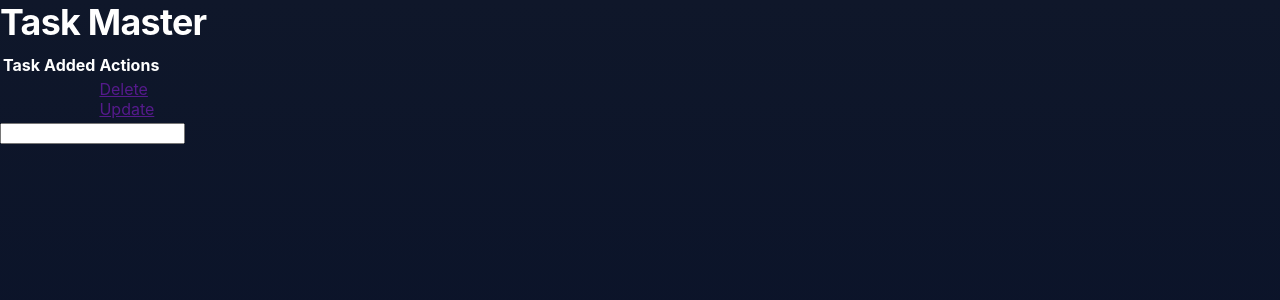
Repository: k10sj02/task-master-flex
Page: http://localhost/
An editor plug-in stored every save of this project. The page is shown before and after the next save, followed by the edit.
The browser window is 1280 px wide. The pictures show the whole page.
The page is served by the project's application, run on Flask 3 (app.py).

Above is the page before, as saved 2025-11-13 22:03:46.

### templates/index.html
{% extends 'base.html' %}

{% block head %}
  <title>Hello from Child Template</title>
{% endblock %}

{% block content %}

<div class="content">
  <h1>Task Master</h1>

  <table>
    <tr>
      <th>Task</th>
      <th>Added</th>
      <th>Actions</th>
    </tr>
    <tr>
      <td></td>
      <td></td>
      <td>
        <a href="">Delete</a>
        <br>
        <a href="">Update</a>
      </td>
    </tr>

  </table>

  <form action="/" method="POST">
    <input type="text" name="content" id="content"

  </form>


</div>
{% endblock %}

### templates/base.html
<!doctype html>
<html lang="en">
<head>
  <meta charset="utf-8">
  <meta name="viewport" content="width=device-width, initial-scale=1">
  {% block head %}{% endblock %}
  <link rel="stylesheet" href="{{ url_for('static', filename='css/main.css') }}">
</head>


  <style>
    :root{
      --bg: #0f172a;
      --card: #0b1220;
      --accent: #60a5fa;
      --muted: #94a3b8;
      --white: #ffffff;
      font-family: Inter, system-ui, -apple-system, "Segoe UI", Roboto, "Helvetica Neue", Arial;
    }

    html,body{
      height:100%;
      margin:0;
      background: linear-gradient(180deg, var(--bg) 0%, #071029 100%);
      color:var(--white);
      -webkit-font-smoothing:antialiased;
      -moz-osx-font-smoothing:grayscale;
    }

    .wrap{
      min-height:100%;
      display:flex;
      align-items:center;
      justify-content:center;
      padding:2rem;
      box-sizing:border-box;
    }

    .card{
      background: linear-gradient(180deg, rgba(255,255,255,0.03), rgba(255,255,255,0.02));
      border:1px solid rgba(255,255,255,0.04);
      padding:2.25rem 3rem;
      border-radius:12px;
      box-shadow: 0 8px 30px rgba(2,6,23,0.6);
      text-align:center;
      max-width:720px;
      width:100%;
    }

    h1{
      margin:0 0 0.5rem 0;
      font-size:clamp(1.5rem, 2.8vw, 2.25rem);
      letter-spacing:-0.02em;
    }

    p.lead{
      margin:0;
      color:var(--muted);
      font-size:1rem;
    }

    .badge{
      display:inline-block;
      margin-bottom:1rem;
      background:rgba(96,165,250,0.12);
      color:var(--accent);
      border-radius:999px;
      padding:0.25rem 0.6rem;
      font-weight:600;
      font-size:0.85rem;
    }

    @media (max-width:420px){
      .card{padding:1.25rem}
    }
  </style>
</head>
<body>

  {% block content %}
  <!-- default content (child templates will override this) -->
  <main class="wrap">
    <section class="card">
      <div class="badge">Boilerplate</div>
      <h1>Hello World 2</h1>
      <p class="lead">
        This is a minimal HTML + CSS starter. Replace this text with your app content.
      </p>
    </section>
  </main>
  {% endblock %}

</body>
</html>

### app.py
from flask import Flask, render_template
from flask_sqlalchemy import SQLAlchemy
from datetime import datetime

app = Flask(__name__)
app.config['SQLALCHEMY_DATABASE_URI'] = 'sqlite:///test.db'
db = SQLAlchemy(app)

class Todo(db.Model):
  id = db.Column(db.Integer, primary_key=True)
  content = db.Column(db.String(200), nullable=False)
  completed = db.Column(db.Integer, default=0)
  date_created = db.Column(db.DateTime, default=datetime.utcnow)

  def __repr__(self):
    return '<Task %r>' % self.id

@app.route('/', methods=['POST', 'GET'])
def index():
  return render_template('index.html')

if __name__ == "__main__":
  app.run(debug=True)

### static/main.css
/* Root variables for colors and fonts */
:root {
  --bg: #0f172a;         /* dark navy background */
  --card: #0b1220;       /* card background */
  --accent: #60a5fa;     /* soft blue accent */
  --muted: #94a3b8;      /* muted text */
  --white: #ffffff;       /* primary text color */
  --font-family: Inter, system-ui, -apple-system, "Segoe UI", Roboto, "Helvetica Neue", Arial;
}

/* Global reset and base styles */
html, body {
  height: 100%;
  margin: 0;
  padding: 0;
  font-family: var(--font-family);
  background: linear-gradient(180deg, var(--bg) 0%, #071029 100%);
  color: var(--white);
  -webkit-font-smoothing: antialiased;
  -moz-osx-font-smoothing: grayscale;
}

/* Wrapper to center content */
.wrap {
  min-height: 100%;
  display: flex;
  align-items: center;
  justify-content: center;
  padding: 2rem;
  box-sizing: border-box;
}

/* Card component */
.card {
  background: linear-gradient(180deg, rgba(255,255,255,0.03), rgba(255,255,255,0.02));
  border: 1px solid rgba(255,255,255,0.04);
  padding: 2rem 3rem;
  border-radius: 12px;
  box-shadow: 0 8px 30px rgba(2,6,23,0.6);
  text-align: center;
  max-width: 720px;
  width: 100%;
}

/* Headings */
h1 {
  margin: 0 0 0.5rem 0;
  font-size: clamp(1.5rem, 2.8vw, 2.25rem);
  letter-spacing: -0.02em;
}

/* Paragraphs with muted text */
p.lead {
  margin: 0;
  color: var(--muted);
  font-size: 1rem;
}

/* Badge component */
.badge {
  display: inline-block;
  margin-bottom: 1rem;
  background: rgba(96,165,250,0.12);
  color: var(--accent);
  border-radius: 999px;
  padding: 0.25rem 0.6rem;
  font-weight: 600;
  font-size: 0.85rem;
}

/* Responsive tweaks */
@media (max-width: 420px) {
  .card {
    padding: 1.25rem;
  }
}

After the next save:
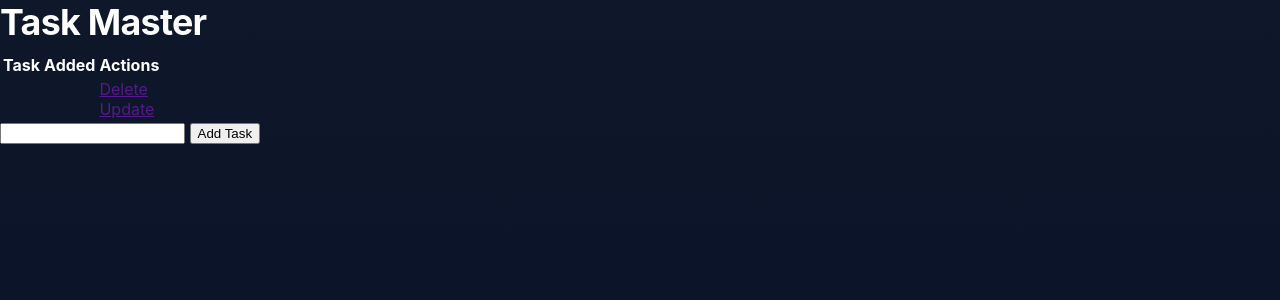
Saved 51 s later.
--- a/templates/index.html
+++ b/templates/index.html
@@ -28,7 +28,8 @@
   </table>
 
   <form action="/" method="POST">
-    <input type="text" name="content" id="content"
+    <input type="text" name="content" id="content">
+    <input type="submit" value="Add Task">
 
   </form>
 
